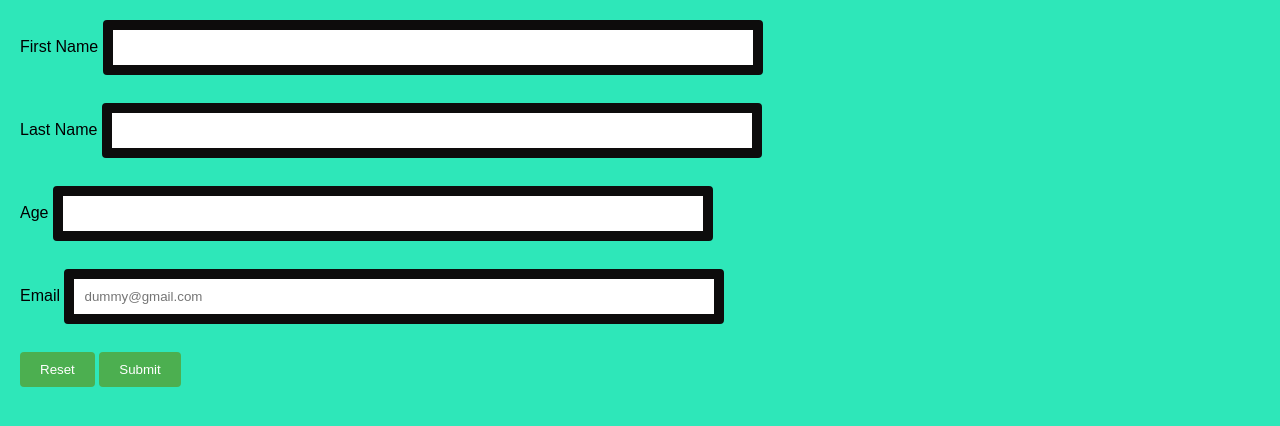
Repository: Haakim19/web-dev
Page: form.html
An editor plug-in stored every save of this project. The page is shown before and after the next save, followed by the edit.
The browser window is 1280 px wide. The pictures show the whole page.

Above is the page before, as saved 2024-06-02 16:16:38.

### form.html
<!DOCTYPE html>
<html lang="en">
<head>
    <meta charset="UTF-8">
    <meta name="viewport" content="width=device-width, initial-scale=1.0">
    <link rel="stylesheet" type = "text/css" href = "form.css">
    <title>Form</title>
</head>
<body>
    <form action="form.php" method = "POST">
       <div>
            <label for="fname">First Name</label>
            <input type="fname" name = "fname" id = "fname" required>
       </div>

       <br>

        <div>
            <label for="lname">Last Name</label>
            <input type="lname" name = "lname" id = "lname" required>

        </div>

        <br>

        <div>
            <label for="age">Age</label>
            <input type="number" name = "age" id = "age" min="0">

        </div>

        <br>

        <div>
            <label for="email">Email</label>
            <input type="email" name = "email" id = "email" required placeholder="dummy@gmail.com">

        </div>


        <br>

        <input type="reset" value = "Reset">
        <input type="submit" value = "Submit">

    </form>
</body>
</html>

### form.css
body {
    font-family: Arial, Helvetica, sans-serif, sans-serif;
    background-color: #2ee7b9;
    margin: 10px;
    padding: 10px;
}
/* Reset default form styles */
form {
    margin: 0;
    padding: 0;

}

/* Style form elements */
input[type="fname"],
input[type="lname"],
input[type="email"],
input[type="number"],
textarea {

    width: 50%;
    padding: 10px;
    margin-bottom: 10px;
    border: 10px solid #0d0c0c;
    border-radius: 4px;
}

input[type="submit"] {
    background-color: #4CAF50;
    color: white;
    padding: 10px 20px;
    border: none;
    border-radius: 4px;
    cursor: pointer;
}

input[type="submit"]:hover {
    background-color: #f7f7f7;
}
input[type = "reset"] {
    background-color: #4CAF50;
    color: white;
    padding: 10px 20px;
    border: none;
    border-radius: 4px;
    cursor: pointer;
}

input [type = "reset"]:hover {
    background-color: #f9f9f9;
}

After the next save:
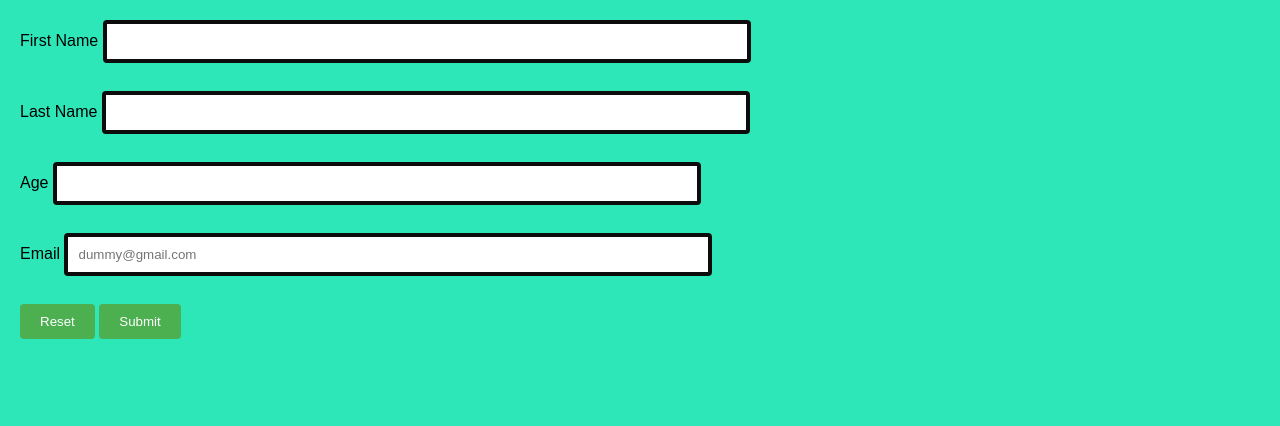
Saved 10 s later.
--- a/form.css
+++ b/form.css
@@ -21,7 +21,7 @@ textarea {
     width: 50%;
     padding: 10px;
     margin-bottom: 10px;
-    border: 10px solid #0d0c0c;
+    border: 4px solid #0d0c0c;
     border-radius: 4px;
 }
 
